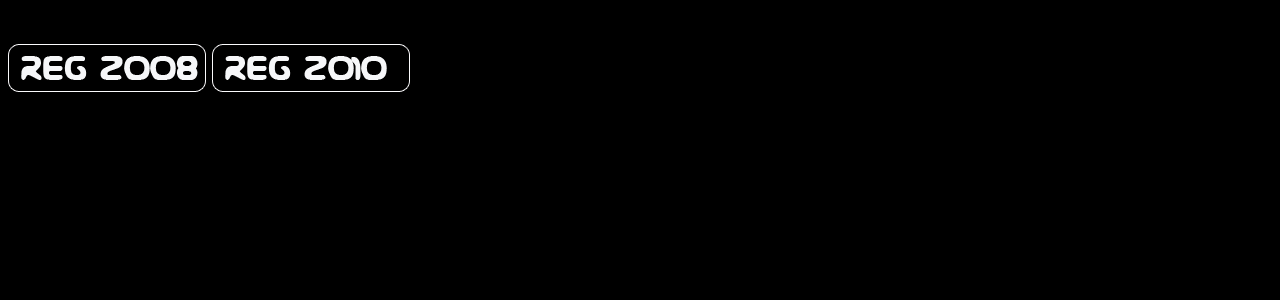
Repository: vigineshs/Mobile-Applications
Page: AnnaUniv GPA Calc/AnnaUniv GPA Calculator Updated/assets/www/mech.html
The author's editor kept a copy of each file at every save. The page is drawn from the files as they stood at one save, then again after the next save.
The browser window is 1280 px wide. The pictures show the whole page.

Above is the page before, as saved 2012-05-06 04:09:05.

After the next save:
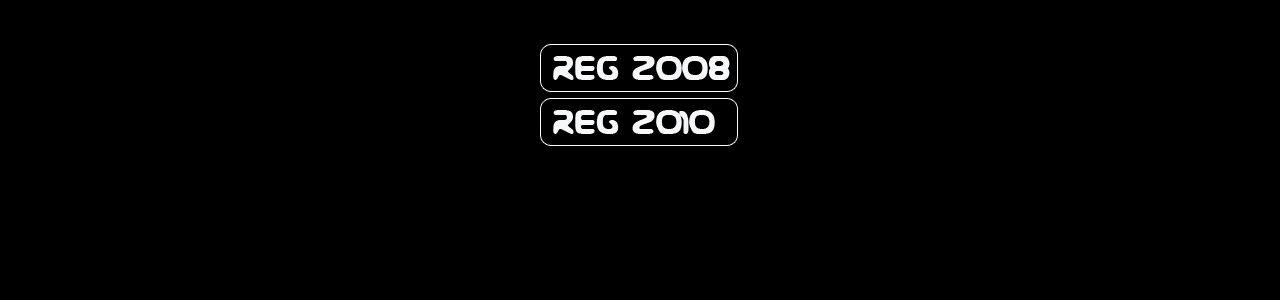
Saved 27 s later.
--- a/AnnaUniv GPA Calc/AnnaUniv GPA Calculator Updated/assets/www/mech.html
+++ b/AnnaUniv GPA Calc/AnnaUniv GPA Calculator Updated/assets/www/mech.html
@@ -7,7 +7,8 @@
 </head>
 <body style="background-color:black; color:white" >
 <br /> <br />
-<a href="reg08me.html" onmouseover="document.cont.src='reg08.png'" onclick="document.cont.src='reg08.png'" onMouseOut="document.cont.src='reg081.png'" ><img src="reg081.png" name="cont" border="0" /></a>
+<center>
+<a href="reg08me.html" onmouseover="document.cont.src='reg08.png'" onclick="document.cont.src='reg08.png'" onMouseOut="document.cont.src='reg081.png'" ><img src="reg081.png" name="cont" border="0" /></a><br />
 <a href="reg08me.html" onmouseover="document.conta.src='reg10.png'" onclick="document.conta.src='reg10.png'" onMouseOut="document.conta.src='reg101.png'" ><img src="reg101.png" name="conta" border="0" /></a>
-</body>
+</center></body>
 </html>
